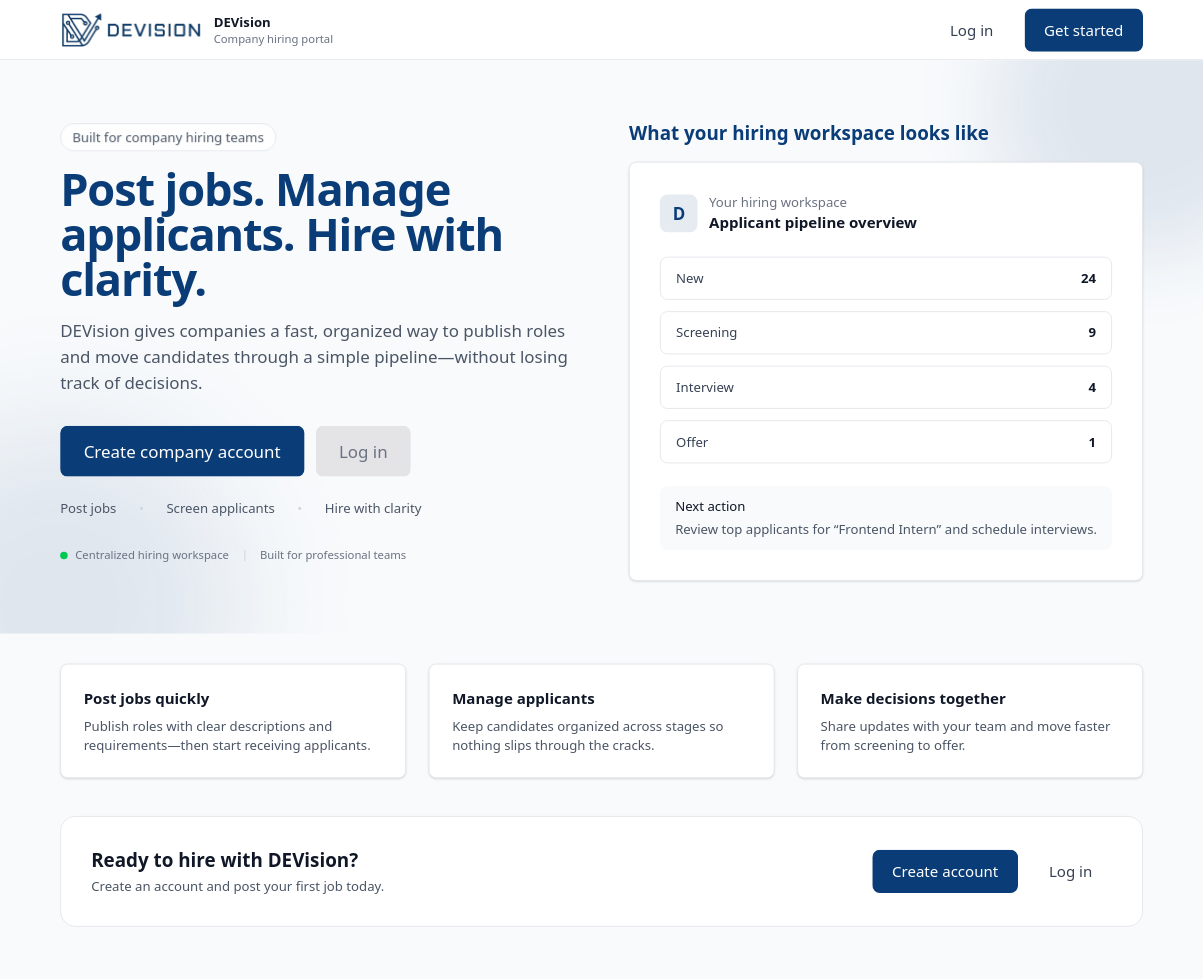
Repository: ISYS3461-2025C-Mulan-DEVision/JobManager_FE
Page: /
These files come from the project's save history. The page is drawn as it stood at one moment and after the next save; the edit follows.
The browser window is 1280 px wide. The pictures show the whole page, at 94% of full size.
The project was rebuilt for these pictures with package versions that can differ from the ones it lists, and the page was loaded fresh each time. Also part of the build but not shown: vite.config.js, src/components/ui/Input/Input.tsx, src/components/ui/Spinner/Spinner.tsx, src/components/ui/Alert/Alert.tsx, src/components/ui/GoogleLogo/GoogleLogo.tsx, src/components/headless/Form/Form.tsx, src/components/headless/Form/index.ts, src/components/headless/Table/useTable.ts and 19 more.

Above is the page before, as saved 2025-12-12 16:52:18.

After the next save:
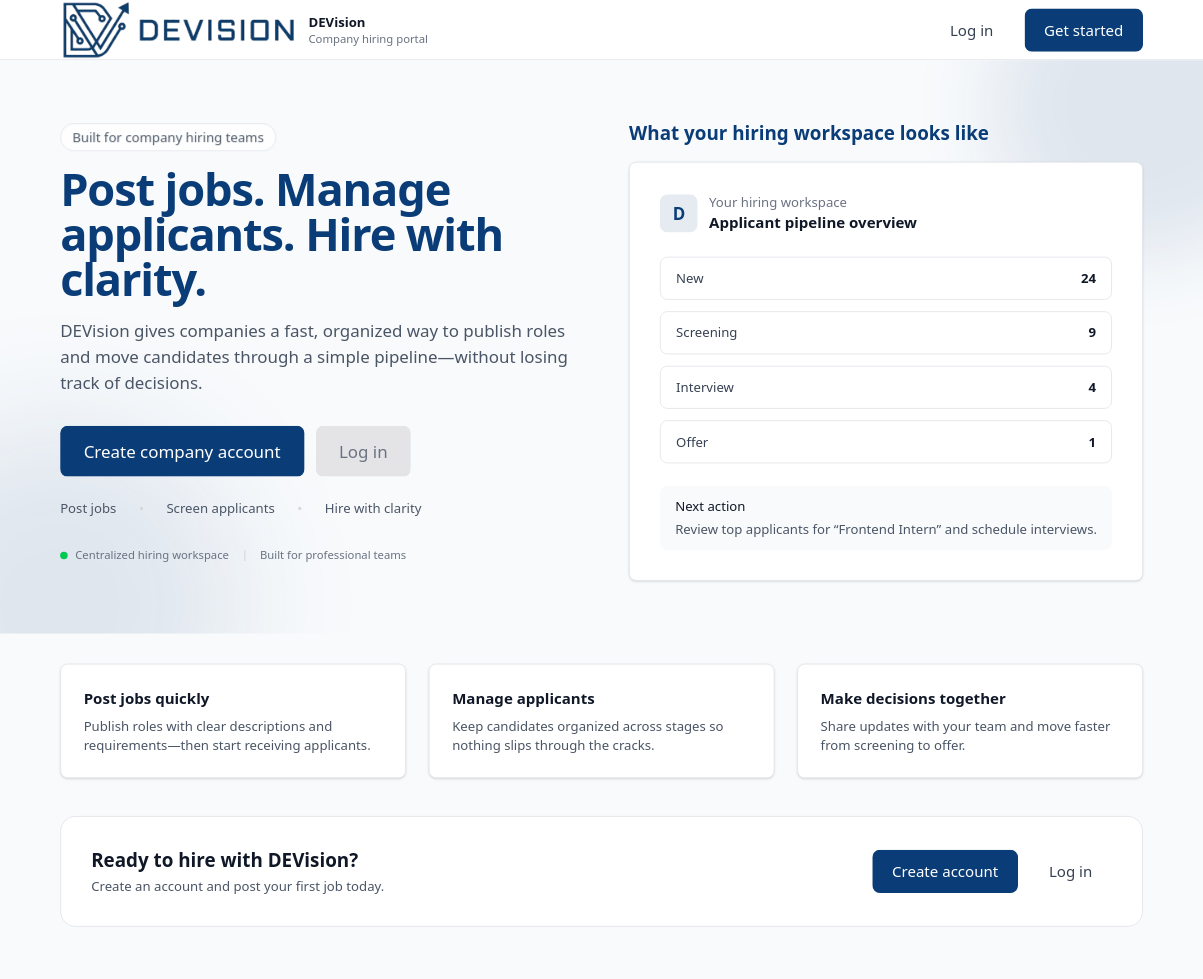
Saved 118 s later.
--- a/src/components/common/AppHeader.tsx
+++ b/src/components/common/AppHeader.tsx
@@ -17,7 +17,7 @@ export default function AppHeader({ className }: AppHeaderProps) {
             <div className="h-16 border-b border-gray-200 bg-white">
                 <div className="mx-auto flex h-full max-w-6xl items-center justify-between">
                     <Link to="/" className="flex items-center gap-3">
-                        <img src="/logo/logo.png" alt="DEVision" className="h-9 w-auto" />
+                        <img src="/logo/logo.png" alt="DEVision" className="h-15 w-auto" />
                         <div className="leading-tight">
                             <div className="text-sm font-semibold text-gray-900">DEVision</div>
                             <div className="text-xs text-gray-500">Company hiring portal</div>
